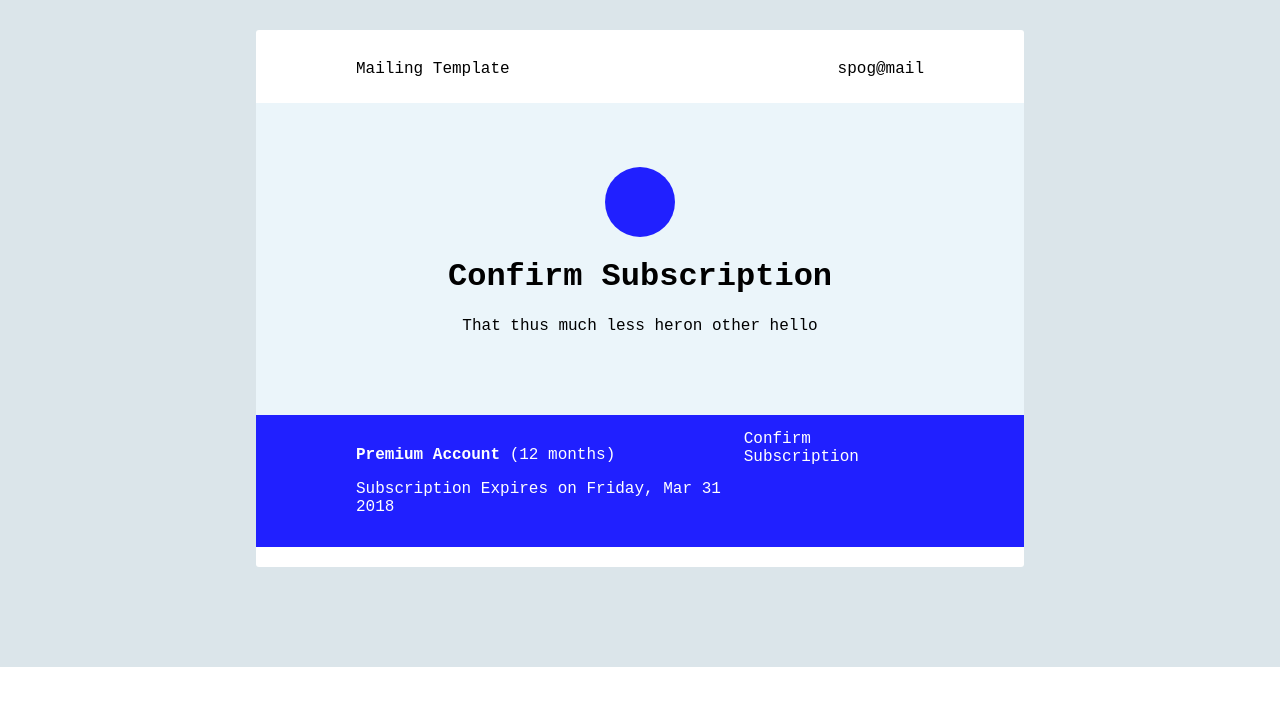
Repository: Lecon-Git/Appmail-Template
Page: mail.html
The author's editor kept a copy of each file at every save. The page is drawn from the files as they stood at one save, then again after the next save.
The browser window is 1280 px wide. The pictures show the whole page.

Above is the page before, as saved 2021-11-01 21:48:39.

### mail.html
<!DOCTYPE html>
<html lang="en">

<head>
    <meta charset="UTF-8">
    <meta http-equiv="X-UA-Compatible" content="IE=edge">
    <meta name="viewport" content="width=device-width, initial-scale=1.0">
    <title>Service Confirmation</title>
    <link rel="stylesheet" href="css/mail.css">
</head>

<body>
    <div class="container">
        <div class="main">
            <div class="head_1">
                <span class="logo">Mailing Template</span>
                <span class="username">spog@mail</span>
            </div>
            <div class="subscribe">
                <div class="circle"></div>
                <h1>Confirm Subscription</h1>
                <p>That thus much less heron other hello</p>
            </div>
            <div class="premium">
                <div class="text">
                    <p><strong>Premium Account</strong> (12 months)</p>
                    <p>Subscription Expires on Friday, Mar 31 2018</p>
                </div>
                <div class="sub_btn">Confirm Subscription</div>
            </div>
        </div>
    </div>
</body>

</html>

### css/mail.css
body {
    margin: 0;
    font-family: "Courier New", Courier, monospace;
}

.container {
    padding: 30px 0 100px;
    background-color: #dbe5ea;
}

.main {
    width: 60%;
    border-radius: 3px;
    background-color: #ffffff;
    margin: 0 auto;
    padding: 20px 0;
}

.head_1 {
    display: flex;
    flex-direction: row;
    padding: 10px 100px 25px;
}

.head_1 span {
    flex: 1;
}

.logo {}

.username {
    text-align: right;
}

.subscribe {
    background-color: #ebf5fa;
    padding: 64px 0;
    text-align: center;
}

.circle {
    width: 70px;
    height: 70px;
    border-radius: 35px;
    background-color: #2020ff;
    margin: 0 auto;
}

.premium {
    background-color: #2020ff;
    color: #fff;
    display: flex;
    flex-direction: row;
    padding: 15px 100px;
}

.text {
    font-size: 12pt;
}

After the next save:
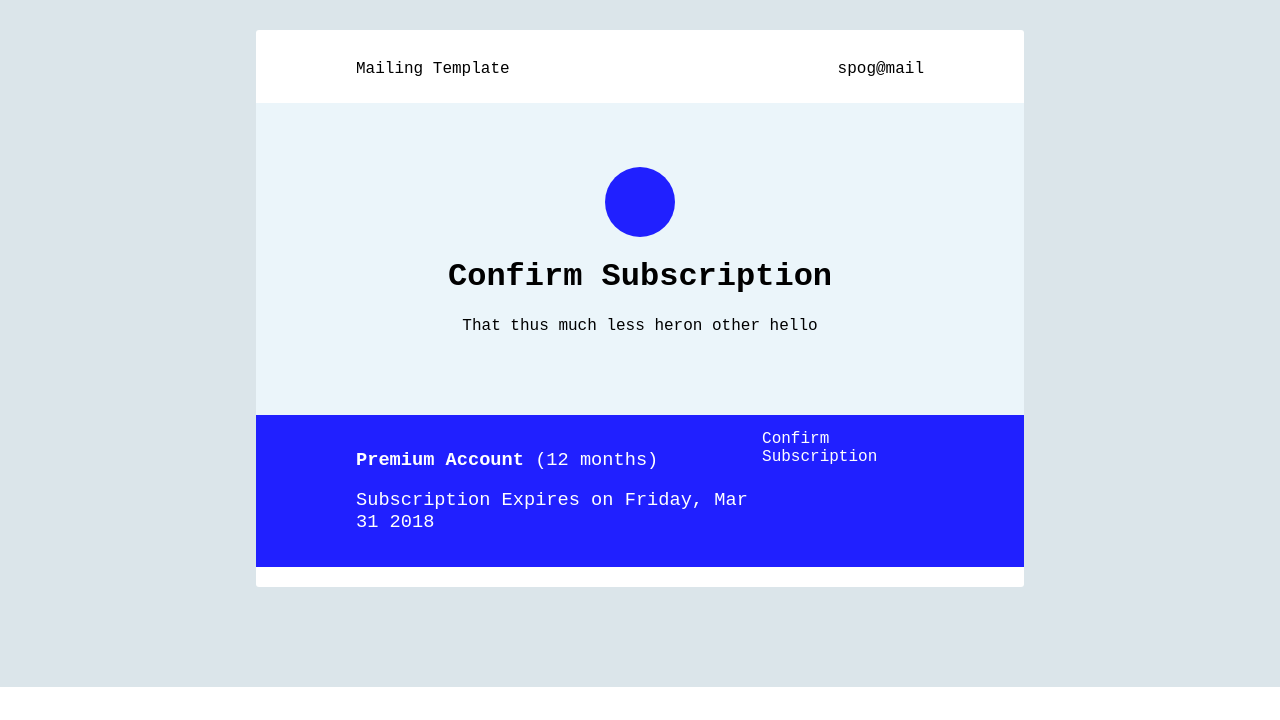
Saved 11 s later.
--- a/css/mail.css
+++ b/css/mail.css
@@ -55,5 +55,5 @@
 }
 
 .text {
-    font-size: 12pt;
+    font-size: 14pt;
 }

After the save that followed:
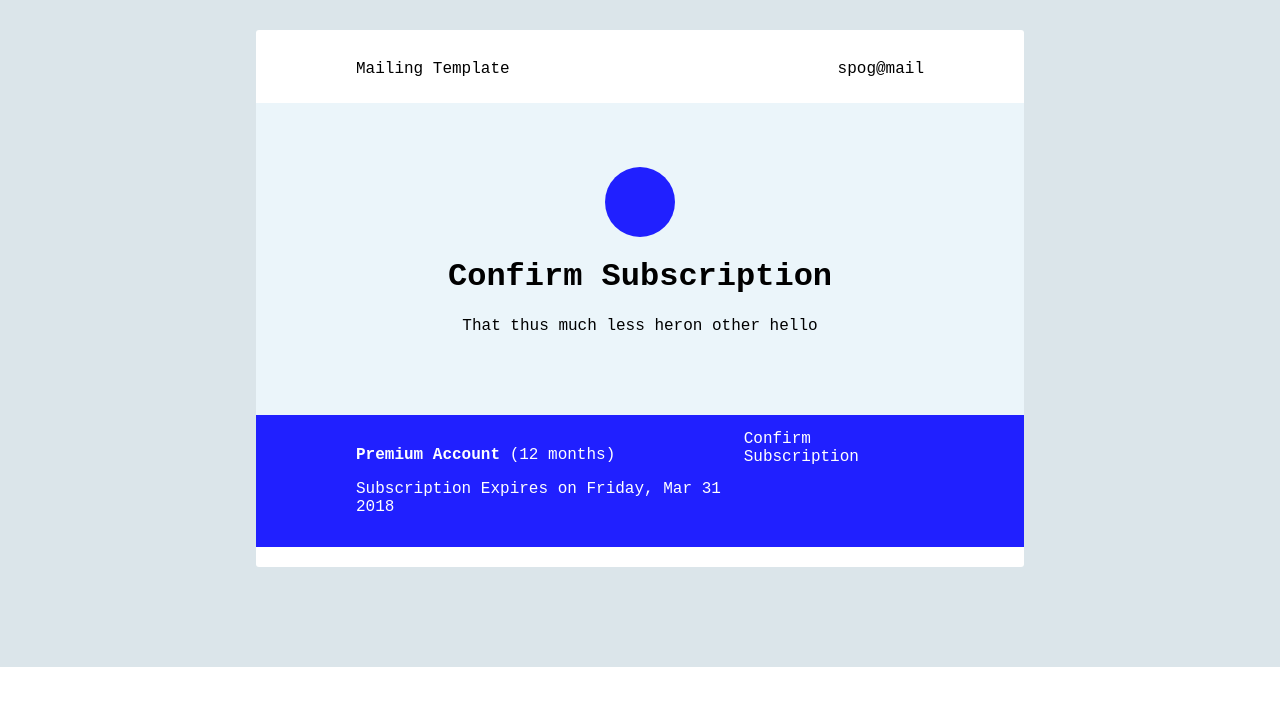
Saved 43 s later.
--- a/css/mail.css
+++ b/css/mail.css
@@ -55,5 +55,5 @@
 }
 
 .text {
-    font-size: 14pt;
+    font-size: 16px;
 }
